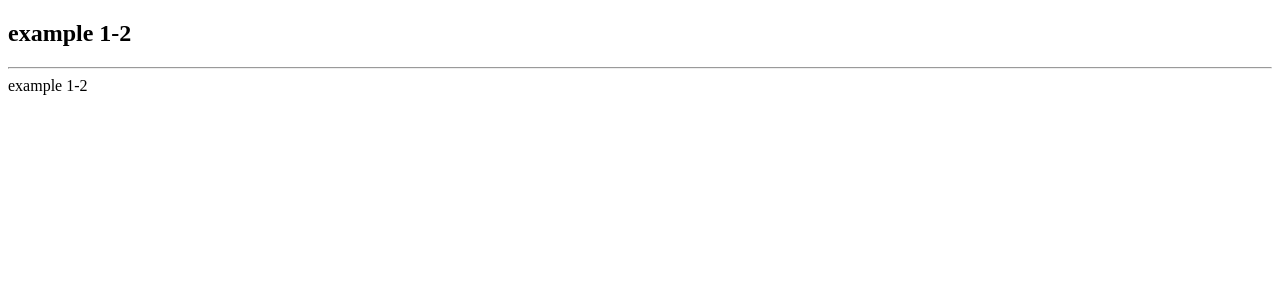
Repository: PareutPareut/frontend
Page: testRepo/scr/public/index.html
The author's editor kept a copy of each file at every save. The page is drawn from the files as they stood at one save, then again after the next save.
The browser window is 1280 px wide. The pictures show the whole page.

Above is the page before, as saved 2023-11-18 13:27:48.

### testRepo/scr/public/index.html
<!doctype html>
<html>
    <head>
        <meta charset = "UTF-8" />
        <title>example 1-2</title>
    </head>
    <body>
        <H2>example 1-2</H2>
        <HR>
        example 1-2
    </body>
</html>

After the next save:
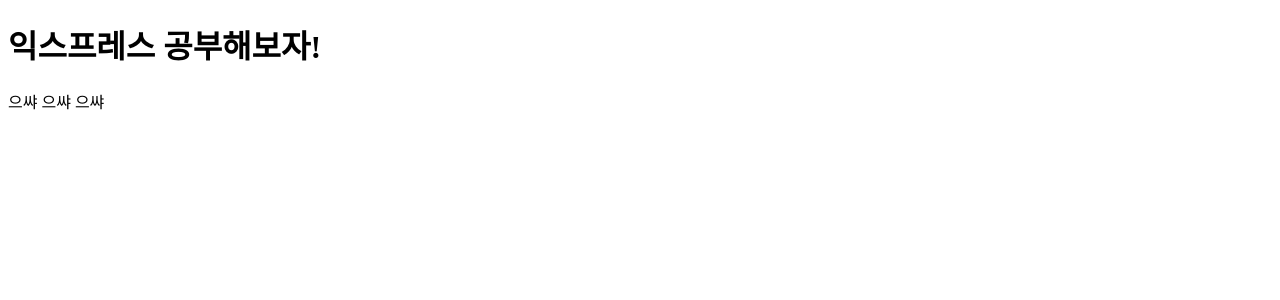
Saved 53 s later.
--- a/testRepo/scr/public/index.html
+++ b/testRepo/scr/public/index.html
@@ -2,11 +2,10 @@
 <html>
     <head>
         <meta charset = "UTF-8" />
-        <title>example 1-2</title>
+        <title>익스프레스 서버</title>
     </head>
     <body>
-        <H2>example 1-2</H2>
-        <HR>
-        example 1-2
+        <H1>익스프레스 공부해보자!</H1>
+        <p>으쌰 으쌰 으쌰</p>
     </body>
 </html>
